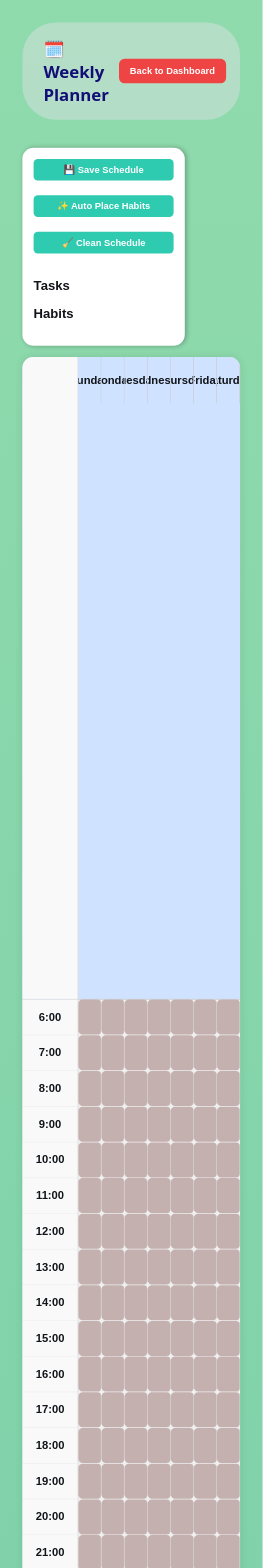
Repository: RachelB9913/smart-task-and-habit-tracker
Page: /schedule
The author's editor kept a copy of each file at every save. The page is drawn from the files as they stood at one save, then again after the next save.
The browser window is 375 px wide. The pictures show the part of the page from y = 0 to 2240 px (the page is 17878 px tall before and 19430 px after), at 70% of full size.
The project was rebuilt for these pictures with package versions that can differ from the ones it lists, and the page was loaded fresh each time. Also part of the build but not shown: src/components/PageWrapper.js, src/components/welcome.js, src/services/api.js, src/components/Login.js, src/components/Register.js, src/components/DashBoard.js.

Above is the page before, as saved 2025-06-29 21:15:25.

### src/App.js
import { BrowserRouter as Router, Routes, Route } from 'react-router-dom';
import Welcome from './components/welcome';
import Login from './components/Login';
import Register from './components/Register';
import Dashboard from './components/DashBoard';
import SchedulePlanner from './components/SchedulePlanner';


function App() {
  return (
    <Router>
      <Routes>
        <Route path="/" element={<Welcome />} />
        <Route path="/login" element={<Login />} />
        <Route path="/register" element={<Register />} />
        <Route path="/dashboard" element={<Dashboard />} />
        <Route path="/schedule" element={<SchedulePlanner />} />
      </Routes>
    </Router>
  );
}

export default App;

### src/App.css
html, body, #root {
  height: 100%;
  margin: 0;
  padding: 0;
  box-sizing: border-box;
}

form input {
  width: 100%;
  padding: 0.75rem;
  margin-bottom: 1rem;
  border: 1px solid #ddd;
  border-radius: 0.5rem;
  font-size: 1rem;
  transition: border-color 0.2s;
}

form input:focus {
  border-color: #6366f1; /* Indigo */
  outline: none;
}

form button,
.form-container button {
  width: 100%;
  padding: 0.75rem;
  font-size: 1rem;
  color: white;
  background-color: #6d6ed0; /* Indigo */
  border: none;
  border-radius: 0.5rem;
  cursor: pointer;
  transition: background-color 0.2s;
}

form button:hover,
.form-container button:hover {
  background-color: #4f46e5; /* Darker Indigo */
}

.form-container {
  max-width: 400px;
  margin: 100px auto;
  padding: 2rem;
  background-color: white;
  border-radius: 1rem;
  box-shadow: 0 8px 20px rgba(0, 0, 0, 0.1);
  text-align: center;
}

h2 {
  margin-bottom: 1.5rem;
  color: #130e77;
  font-size: 2rem;
  font-weight: 500;

}

.welcome-root {
  font-family: 'Manrope', 'Noto Sans', sans-serif;
  background: linear-gradient(to bottom, hsl(143, 51%, 71%), #1c979e);
  color: #111418;
  min-height: 100vh;
  display: flex;
  flex-direction: column;
}

.welcome-header {
  display: flex;
  justify-content: space-between;
  align-items: center;
  padding: 0rem 2rem;
  border-bottom: 1px solid #030f21;
  background-color: rgb(255, 255, 255);
}

.logo-area {
  display: flex;
  align-items: center;
  gap: 0.5rem;
}

.nav-links, .nav-actions {
  display: flex;
  gap: 1rem;
  align-items: center;
}

.nav-links a, .footer a {
  text-decoration: none;
  font-weight: 500;
  color: #111418;
}

.nav-actions button {
  padding: 0.5rem 1rem;
  border-radius: 8px;
  border: none;
  font-weight: bold;
  cursor: pointer;
}

/* top buttons */
.nav-actions button:first-child {
  background: #0c7ff2;
  color: white;
}

.nav-actions button:first-child:hover {
  background: #0361bf; /* new hover color */
  color: #e3e3e3;      /* optional: change text color on hover */
}

.nav-actions button:last-child {
  background: #f0f2f5;
  color: #111418;
}

.nav-actions button:last-child:hover {
  background: #b5b8bd; /* new hover color */
  color: #0c7ff2;      /* optional: change text color on hover */
}

.welcome-hero {
  background: transparent;
  padding: 3rem 2rem;
  text-align: center;
  color: rgb(1, 0, 9);
}

.welcome-hero h1 {
  font-size: 2.5rem;
  font-weight: 800;
}

.hero-actions {
  margin-top: 2rem;
  display: flex;
  justify-content: center;
  gap: 1rem;
}

.hero-actions button {
  padding: 0.75rem 1.5rem;
  font-weight: bold;
  border-radius: 8px;
  border: none;
  cursor: pointer;
}

/* center buttons */
.hero-actions button:first-child {
  background-color: #0c7ff2;
  color: white;
}

.hero-actions button:first-child:hover {
  background-color: #0c7ff2;
  color: white;
  border: #0d1101 1px solid;
}

.hero-actions button:last-child {
  background-color: #f0f2f5;
  color: #111418;
}

.hero-actions button:last-child:hover {
  background-color: #f0f2f5;
  color: #111418;
  border: #0d1101 1px solid;
}

.features {
  padding: 3rem 2rem;
  text-align: center;
}

.feature-cards {
  display: flex;
  gap: 1rem;
  flex-wrap: wrap;
  justify-content: center;
  margin-top: 2rem;
}

.feature-card {
  background: white;
  padding: 1.5rem;
  border-radius: 12px;
  border: 1px solid #052246;
  max-width: 300px;
  text-align: left;
  text-align: center;
  box-shadow: 0 4px 10px rgba(0, 0, 0, 0.5);

}

.footer {
  text-align: center;
  padding: 2rem;
  font-size: 1.1rem;
  color: #0d1101;
}

.register-background {
  background: linear-gradient(to left top, hsl(143, 51%, 71%), #1c979e);
  min-height: 100vh;
  display: flex;
  align-items: center;
  justify-content: center;
}

.login-background {
  background: linear-gradient(to right bottom, hsl(143, 51%, 71%), #1c979e);
  min-height: 100vh;
  display: flex;
  align-items: center;
  justify-content: center;
}

### src/components/Auth.css
.auth-container {
  max-width: 400px;
  margin: 60px auto;
  padding: 2rem;
  background-color: #f8f9fa;
  border-radius: 12px;
  box-shadow: 0 2px 10px rgba(0, 0, 0, 0.1);
}

.auth-form {
  display: flex;
  flex-direction: column;
  gap: 1rem;
}

.auth-form input {
  padding: 0.75rem;
  border-radius: 8px;
  border: 1px solid #ccc;
  font-size: 1rem;
}

.auth-form button {
  padding: 0.75rem;
  background-color: #007bff;
  color: white;
  border: none;
  border-radius: 8px;
  font-size: 1rem;
  cursor: pointer;
}

.auth-form button:hover {
  background-color: #0056b3;
}


.dashboard-header {
  display: flex;
  justify-content: flex-end;
  padding: 20px;
}

.dashboard-header button {
  padding: 10px 16px;
  background-color: #ef4444; /* red */
  color: white;
  border: none;
  border-radius: 8px;
  font-weight: bold;
  cursor: pointer;
}

.dashboard-header button:hover {
  background-color: #ad2626;
}

.button-group {
  display: flex;
  flex-direction: column;
  gap: 10px; /* Adjust the space between buttons */
}

### src/Dashboard.css
/* Dashboard.css */

.dashboard-container {
  font-family: 'Manrope', 'Noto Sans', sans-serif;
  min-height: 100vh;
  padding: 2rem;
  transition: background-color 0.3s ease;
  color: #111418;
}

.dashboard-container.light {
  background: linear-gradient(to bottom, hsl(143, 51%, 71%), #1c979e);
}

.dashboard-header {
  display: flex;
  justify-content: space-between;
  align-items: center;
  padding: 20px;
  background-color: rgba(218, 226, 226, 0.5);
  color: #031d3e;
  border-radius: 3rem;
  margin-bottom: 2rem;
}

.header-left {
  display: flex;
  align-items: center;
  justify-content: flex-start;
  flex: 1; /* allows the left side to take up space */
}

.header-left h2 {
  margin: 0;
  padding-left: 10px;
  font-weight: 700;
  font-size: 1.5rem;
}

.toggle-button,
.bg-toggle {
  padding: 0.6rem 1.2rem;
  font-weight: bold;
  border-radius: 8px;
  border: none;
  cursor: pointer;
  font-size: 1rem;
  background-color: #0c7ff2;
  color: white;
  transition: background-color 0.2s ease;
}

.toggle-button:hover,
.bg-toggle:hover {
  background-color: #035fd0;
}

.add-button {
  width: 30px;
  height: 30px;
  border-radius: 50%;
  font-size: 20px;
  background-color: hsl(211, 69%, 59%);
  color: white;
  border: none;
  cursor: pointer;
  transition: background-color 0.3s ease;
}

.add-button:hover {
  background-color: #0056b3;
}

.toggle-button {
  display: block;
  margin: 1rem auto;
}

.task-section,
.habit-section {
  background-color: white;
  color: #111418;
  max-width: 650px;
  margin: 1rem auto;
  padding: 1rem 1.5rem;
  border-radius: 1rem;
  box-shadow: 0 6px 12px rgba(120, 8, 226, 0.1);
}

.task-section ul,
.habit-section ul {
  list-style-type: none;
  padding: 0;
}

.task-section li,
.habit-section li {
  padding: 0.5rem 0;
  border-bottom: 1px solid #ddd;
}

.task-section li:last-child,
.habit-section li:last-child {
  border-bottom: none;
}

h1 {
  text-align: center;
  font-size: 2rem;
  margin-bottom: 2rem;
  color: #031d3e;
  font-weight: 1000;
}

.logout-button {
  background-color: #e74c3c;
  color: white;
  border: none;
  padding: 8px 12px;
  border-radius: 5px;
  cursor: pointer;
}

.logout-button:hover {
  background-color: #c0392b;
}

.form-popup-overlay {
  position: fixed;
  top: 0;
  left: 0;
  height: 100vh;
  width: 100vw;
  background: rgba(0, 0, 0, 0.3);
  display: flex;
  align-items: center;
  justify-content: center;
  z-index: 999;
}

.form-popup {
  background: white;
  padding: 2rem;
  border-radius: 1rem;
  box-shadow: 0 0 20px rgba(0,0,0,0.2);
  display: flex;
  flex-direction: column;
  gap: 1rem;
  width: 300px;
}

.task-item {
  padding: 0.5rem 0;
  border-bottom: 1px solid #ddd;
}

.task-content {
  display: flex;
  align-items: flex-start;
}

.task-content input[type="checkbox"] {
  margin-top: 0.7rem;
  margin-left: 0.9rem;
  transform: scale(1.2);
  cursor: pointer;
}

.task-details {
  flex: 1;
  padding: 0.5rem 0.75rem; /* ← Add this for internal spacing */
  border-radius: 0.5rem;
}

.task-done {
  opacity: 0.5;
  text-decoration: line-through;
}

.task-item {
  background-color: white;
  margin-bottom: 0.5rem;
  border-radius: 0.5rem;
  box-shadow: 0 1px 3px rgba(0,0,0,0.1);
  transition: transform 0.2s ease;
}

.task-actions {
  display: flex;
  flex-direction: column;
  gap: 0.3rem;
}

.edit-button, .delete-button {
  background: none;
  border: black;
  border-radius: 0.5rem;
  cursor: pointer;
  font-size: 1rem;
  transition: color 0.2s;
}

.edit-button:hover {
  color: #0a58ca;
}

.delete-button:hover {
  color: #dc3545;
}

.task-section li strong,
.habit-section li strong {
  font-weight: 700;
  font-size: 1rem;
  color: #031d3e;
}

.task-section li em,
.habit-section li em {
  font-style: italic;
  color: #555;
}

.task-section li,
.habit-section li {
  font-family: 'Manrope', 'Noto Sans', sans-serif;
  font-size: 0.95rem;
  font-weight: lighter;
}

### src/components/SchedulePlanner.css
.stats-wrapper {
  display: flex;
  flex-direction: column;
  gap: 1.5rem;
  align-items: center;
  padding: 1rem;
}

.quote-panel {
  background-color: #fdf7ff;
  color: mediumvioletred;
  padding: 1.5rem;
  border-radius: 16px;
  text-align: center;
  box-shadow: 0 4px 12px rgba(0, 0, 0, 0.08);
  font-size: 1.2rem;
  font-style: italic;
  display: flex;
  justify-content: center;
  align-items: center;
  min-height: 85px;
  width: 100%;
  max-width: 220px;
}

.quote-panel:hover {
  color: #1f16cd;
}

.stats-wrapper .stats-panel {
  width: 100%;
  max-width: 220px;
}

.planner-container {
  display: flex;
  align-items: stretch;
  height: auto;
  min-height: calc(var(--row-count) * var(--cell-height));
  font-family: 'Manrope', sans-serif;
}

.task-sidebar {
  flex-shrink: 0;
  width: 200px;
  background: white;
  padding: 1rem;
  box-shadow: 2px 0 8px rgba(0,0,0,0.3);
  border-radius: 1rem;
  margin: 1rem;
  height: fit-content;
}

.task-item {
  background: hsl(210, 34%, 76%);
  color: #031d3e;
  margin: 0.5rem 0;
  padding: 0.6rem;
  border-radius: 10px;
  font-weight: 600;
  box-shadow: 0 2px 4px rgba(0,0,0,0.1);
}

:root {
  --cell-height: 55.5px;
}

.calendar-grid {
  display: grid;
  grid-template-rows: repeat(var(--row-count), 1fr);
  height: calc(var(--row-count) * var(--cell-height));
  flex: 1;
  overflow: auto;
  margin: 1rem;
  border-radius: 1rem;
  background: rgb(240, 240, 240);
  box-shadow: 0 0 12px rgba(0, 0, 0, 0.1);
}


.grid-header {
  display: grid;
  grid-template-columns: 80px repeat(7, 1fr); /* hour + 7 days */
  background: #cfe2ff;
  font-weight: bold;
  border-bottom: 1px solid #ccc;
}

.grid-body .row {
  display: grid;
  grid-template-columns: 80px repeat(7, 1fr); /* same as above */
  border-bottom: 1px solid #eee;
}

.cell {
  height: auto;
  padding: 0.5rem;
  border-right: 1px solid #ccc;
  overflow: hidden;
}

.hour-cell {
  display: flex;
  align-items: center;
  justify-content: center;
  background: #f9f9f9;
  font-weight: bold;
  border-right: 1px solid #ccc;
}

.time-slot {
  background-color: #c5b0b0;
  border-radius: 6px;
  height: 50px;
  display: flex;
  justify-content: center;
  align-items: center;
  padding: 0;
}

.time-slot:hover {
  background-color: #e7f5ff;
  cursor: pointer;
}

.day-cell {
  display: flex;
  align-items: center;
  justify-content: center;
  text-align: center;
  background: #cfe2ff;
  border-right: 1px solid #ccc;
  height: 50px;
  font-weight: 600;
}

.scheduled-task {
  display: flex;
  flex-direction: column;
  gap: 2px;
  background-color: #a8dadc;
  border: 1px solid #3dbd19;
  padding: 2px 6px;
  border-radius: 6px;
  font-weight: 500;
  font-size: 0.8rem;
  text-align: center;
  display: flexbox;
  justify-content: space-between;
  align-items: center;
  overflow: hidden;
  text-overflow: ellipsis;
}

.scheduled-task.habit-task {
  background-color: #a8dadc;
  border: 1px solid #7e2fbe;
  padding: 2px 5px;
  border-radius: 6px;
  font-weight: 500;
  font-size: 0.8rem;
  text-align: center;
  display: flexbox;
  justify-content: space-between;
  align-items: center;
  overflow: hidden;
  text-overflow: ellipsis;
}

.done-task {
  background-color: #90ee90 !important; /* light green for done tasks */
  border: 1px solid #3dbd19 !important;
}

.remove-btn {
  background: none;
  border: none;
  color: #d00000;
  font-size: 0.8rem;
  cursor: pointer;
  margin-left: 0rem;
  margin-right: 0.6rem;
}

.grayed-out {
  opacity: 0.5;
  pointer-events: none;
}

.save-button {
  margin-bottom: 1rem;
  padding: 0.5rem 1rem;
  background-color: #2ecbb1;
  color: white;
  border: none;
  border-radius: 6px;
  font-weight: bold;
  cursor: pointer;
  transition: background-color 0.2s ease;
}

.save-button:hover {
  background-color: #137969;
}

.save-button-container {
  display: flex;
  justify-content: center;
  margin-bottom: 1rem;
}

.mark-done-btn {
  background: none;
  border: none;
  color: green;
  font-size: 1rem;
  cursor: pointer;
}

.vertical-buttons {
  display: flex;
  flex-direction: column;
  gap: 5px;
}

.habit-icons {
  display: flex;
  flex-wrap: wrap;
  gap: 4px;
  justify-content: center;
}
.duplicate-btn {
  background: none;
  border: none;
  font-size: 1rem;
  cursor: pointer;
}

.modal-overlay {
  position: fixed;
  top: 0;
  left: 0;
  width: 100%;
  height: 100%;
  backdrop-filter: blur(6px);
  background-color: rgba(0, 0, 0, 0.3);
  display: flex;
  align-items: center;
  justify-content: center;
  z-index: 1000;
  padding: 1rem;
}

.modal-content {
  background-color: white;
  padding: 2rem;
  border-radius: 12px;
  box-shadow: 0 8px 24px rgba(0, 0, 0, 0.2);
  text-align: center;
  animation: fadeIn 0.3s ease;
  min-width: 15vw;
  max-width: 70vw;
  min-height: 100px;
  padding: 2rem;
  font-size: larger;
}

@media (max-width: 600px) {
  .modal-content {
    min-width: 90vw;
    padding: 0.5rem;
  }
}

.modal-buttons {
  margin-top: 1rem;
  display: flex;
  justify-content: space-around;
  gap: 1rem;
}

.confirm-btn, .cancel-btn {
  padding: 0.6rem 1.2rem;
  border-radius: 8px;
  border: none;
  cursor: pointer;
  font-size: medium;
  font-weight: bold;
  transition: background-color 0.2s ease;
}

.confirm-btn {
  background-color: #4CAF50;
  color: white;
  font-weight: lighter;
}

.cancel-btn {
  background-color: #f44336;
  color: white;
  font-weight: lighter;
}

.confirm-btn:hover {
  background-color: #45a049;
}

.cancel-btn:hover {
  background-color: #d32f2f;
}

@keyframes fadeIn {
  from { opacity: 0; transform: scale(0.9); }
  to { opacity: 1; transform: scale(1); }
}

.stat-circle.full-gold {
  background-color: gold;
  border-radius: 50%;
  padding: 0.3rem;
}

@media (max-width: 900px) {
  .planner-container {
    flex-direction: column;
    height: auto;
  }
  .task-sidebar, .calendar-grid {
    max-width: 100%;
    margin: 0.5rem 0;
  }
  .stats-panel {
    width: 100%;
    max-width: 230px;
    min-width: 180px;
    box-sizing: border-box;
  }
}

### src/components/StatisticsPanel.css
.stat-label {
  position: absolute;
  top: 0;
  left: 0;
  width: 100%;
  height: 100%;
  display: flex;
  flex-direction: column;
  align-items: center;
  justify-content: center;
  font-weight: bold;
  font-size: 1rem;
  color: #0e0101;
}

.stats-panel {
  position: sticky;
  top: 1rem;
  align-self: flex-start;
  background: #f9f9fb;
  border-radius: 1.5rem;
  box-shadow: 0 4px 10px rgba(0, 0, 0, 0.3);
  font-family: 'Segoe UI', sans-serif;
  padding: 1.5rem;
  margin: 0.5rem;
  display: flex;
  flex-direction: column;
  gap: 2rem;
  max-width: 230px;
}

.stat-circle {
  position: relative;
  width: 140px;
  height: 140px;
  margin: 0 auto;
}

.stat-circle svg {
  transform: rotate(-90deg);
  width: 100%;
  height: 100%;
}

.stat-bg,
.stat-fill {
  fill: none;
  stroke-width: 12;
  stroke-linecap: round;
}

.stat-bg {
  stroke: #e0e0e0;
}

.stat-fill {
  fill: none;
  stroke-width: 12;
  stroke-linecap: round;
  transition: stroke-dashoffset 0.5s ease;
}

.stat-label {
  position: absolute;
  top: 50%;
  left: 50%;
  transform: translate(-50%, -50%);
  text-align: center;
}

.stat-label strong {
  display: block;
  font-size: 1.1rem;
  color: #333;
}

.progress-ring circle {
  transition: stroke-dashoffset 0.6s ease-out;
}

.stats-circle {
  position: relative;
  cursor: help;
}
.stats-circle:hover::after {
  content: attr(data-tooltip);
  position: absolute;
  top: -1.5rem;
  left: 50%;
  transform: translateX(-50%);
  background: #444;
  color: #fff;
  padding: 0.3em 0.5em;
  border-radius: 4px;
  font-size: 0.8rem;
  white-space: nowrap;
  z-index: 10;
}

.legend {
  display: flex;
  flex-direction: column;
  gap: 4px;
  margin-top: -1rem;
  margin-bottom: 1rem;
  align-items: flex-start;
}

.legend-item {
  display: flex;
  align-items: center;
  gap: 0.4rem;
  font-size: 0.9rem;
}

.dot {
  display: inline-block;
  width: 10px;
  height: 10px;
  margin-right: 5px;
  border-radius: 50%;
}
.green { background: #2ecc71; }
.yellow { background: #f1c40f; }
.gray { background: #ccc; }

.celebration-message {
  margin-top: 0rem;
  font-weight: bold;
  font-size: 1.1rem;
  color: #27ae60;
  text-align: center;
  animation: pop 0.6s ease;
}

@keyframes pop {
  0% { transform: scale(0.8); opacity: 0; }
  50% { transform: scale(1.1); opacity: 1; }
  100% { transform: scale(1); }
}

Loaded but not shown: public/index.html (common file); src/index.js (common file); src/index.css (common file); src/reportWebVitals.js (common file); src/components/SchedulePlanner.js (688 lines, source omitted); src/components/StatisticsPanel.js (169 lines, source omitted)

After the next save:
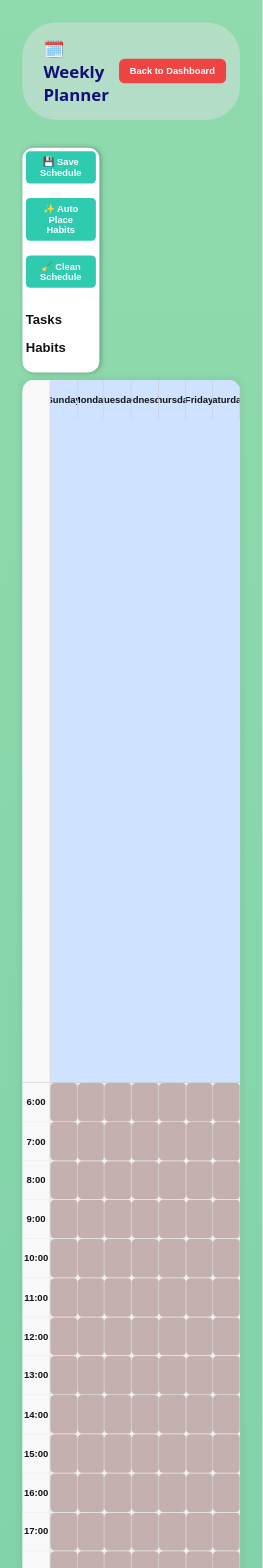
Saved 3 min 15 s later.
--- a/src/components/SchedulePlanner.css
+++ b/src/components/SchedulePlanner.css
@@ -329,10 +329,49 @@
     max-width: 100%;
     margin: 0.5rem 0;
   }
+  .task-sidebar {
+    width: 140px;      /* Shrink sidebar */
+    min-width: 100px;
+    padding: 0.5rem;
+  }
   .stats-panel {
-    width: 100%;
-    max-width: 230px;
-    min-width: 180px;
-    box-sizing: border-box;
-  }
-}
+    max-width: 140px;  /* Shrink stats panel */
+    min-width: 90px;
+    padding: 0.5rem;
+  }
+  .calendar-grid {
+    margin: 0.5rem 0;
+  }
+  .grid-header,
+  .grid-body .row {
+    grid-template-columns: 60px repeat(7, 1fr); /* Make cells wider */
+  }
+  .day-cell, .hour-cell, .cell {
+    font-size: 0.95rem;
+    padding: 0.3rem;
+  }
+}
+
+@media (max-width: 600px) {
+  .task-sidebar {
+    width: 100px;
+    min-width: 70px;
+    padding: 0.3rem;
+  }
+  .stats-panel {
+    max-width: 100px;
+    min-width: 60px;
+    padding: 0.3rem;
+  }
+  .calendar-grid {
+    margin: 0.2rem 0;
+  }
+  .grid-header,
+  .grid-body .row {
+    grid-template-columns: 40px repeat(7, 1fr);
+  }
+  .day-cell, .hour-cell, .cell {
+    font-size: 0.85rem;
+    padding: 0.15rem;
+  }
+}

After the save that followed:
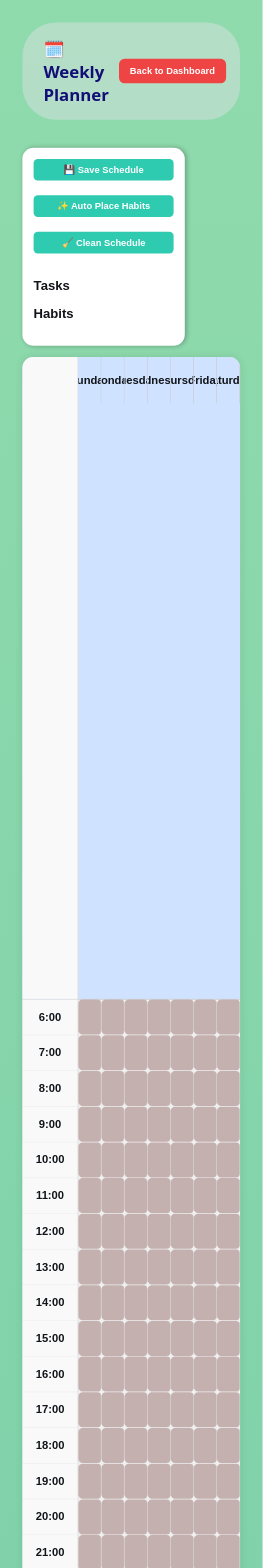
Saved 40 s later.
--- a/src/components/SchedulePlanner.css
+++ b/src/components/SchedulePlanner.css
@@ -137,7 +137,6 @@
 .scheduled-task {
   display: flex;
   flex-direction: column;
-  gap: 2px;
   background-color: #a8dadc;
   border: 1px solid #3dbd19;
   padding: 2px 6px;
@@ -329,49 +328,10 @@
     max-width: 100%;
     margin: 0.5rem 0;
   }
-  .task-sidebar {
-    width: 140px;      /* Shrink sidebar */
-    min-width: 100px;
-    padding: 0.5rem;
+  .stats-panel {
+    width: 100%;
+    max-width: 230px;
+    min-width: 180px;
+    box-sizing: border-box;
   }
-  .stats-panel {
-    max-width: 140px;  /* Shrink stats panel */
-    min-width: 90px;
-    padding: 0.5rem;
-  }
-  .calendar-grid {
-    margin: 0.5rem 0;
-  }
-  .grid-header,
-  .grid-body .row {
-    grid-template-columns: 60px repeat(7, 1fr); /* Make cells wider */
-  }
-  .day-cell, .hour-cell, .cell {
-    font-size: 0.95rem;
-    padding: 0.3rem;
-  }
-}
-
-@media (max-width: 600px) {
-  .task-sidebar {
-    width: 100px;
-    min-width: 70px;
-    padding: 0.3rem;
-  }
-  .stats-panel {
-    max-width: 100px;
-    min-width: 60px;
-    padding: 0.3rem;
-  }
-  .calendar-grid {
-    margin: 0.2rem 0;
-  }
-  .grid-header,
-  .grid-body .row {
-    grid-template-columns: 40px repeat(7, 1fr);
-  }
-  .day-cell, .hour-cell, .cell {
-    font-size: 0.85rem;
-    padding: 0.15rem;
-  }
-}
+}
